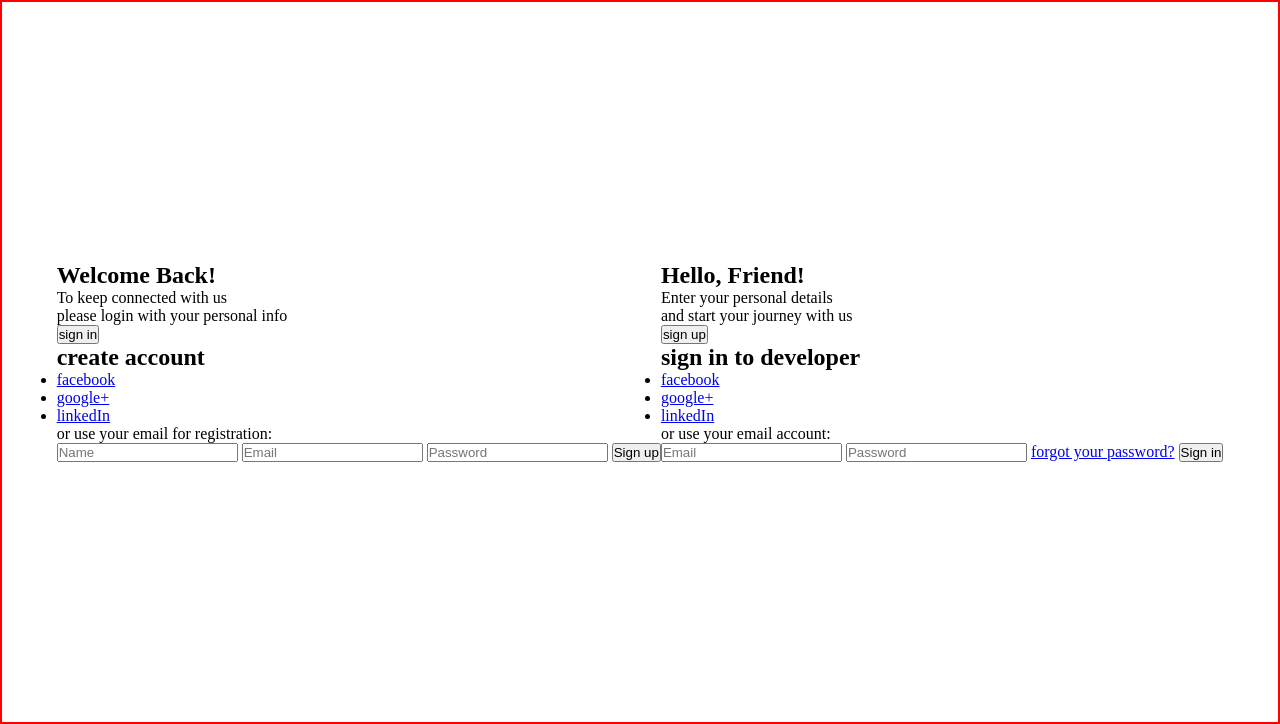
Repository: Gcodeco/ii9Telecom
Page: dist/public/login.html
These files come from the project's save history. The page is drawn as it stood at one moment and after the next save; the edit follows.
The browser window is 1280 px wide. The pictures show the whole page.

Above is the page before, as saved 2024-10-29 21:59:01.

After the next save:
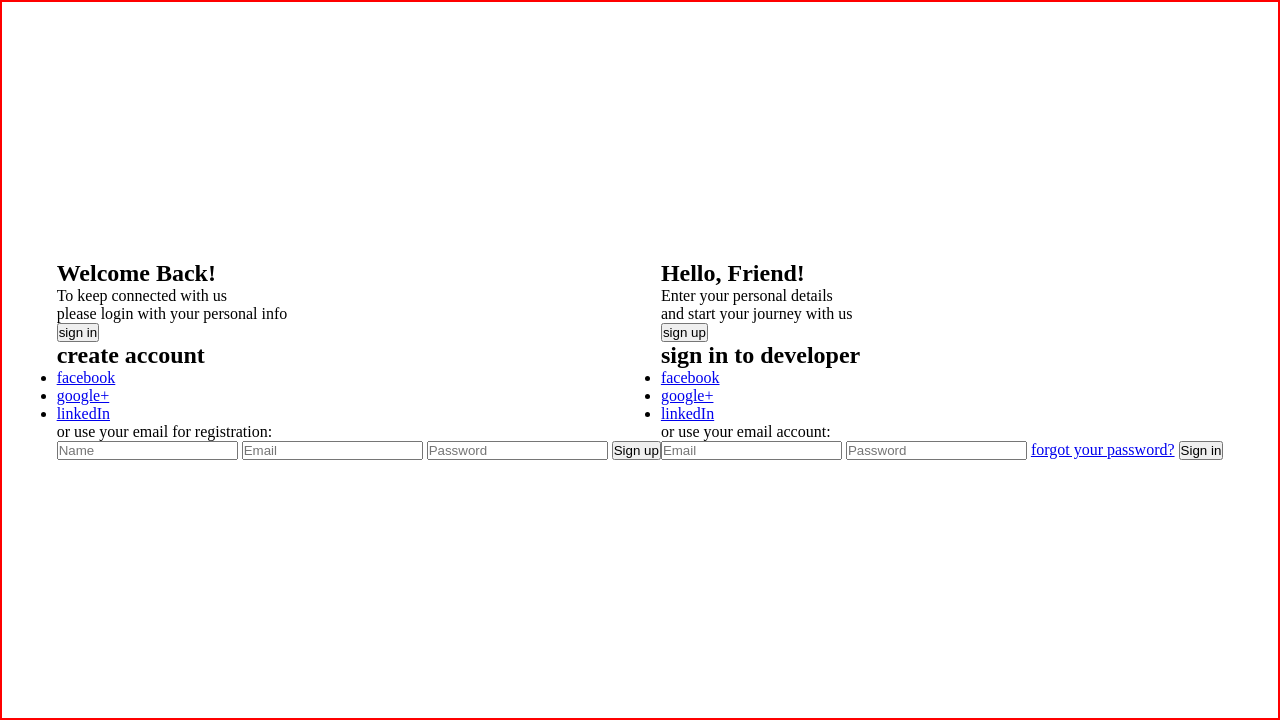
Saved 5 s later.
--- a/dist/public/css/style.css
+++ b/dist/public/css/style.css
@@ -1,7 +1,7 @@
 * {
     margin: 0;
     padding: 0;
-    box-sizing: 0;
+    box-sizing: border-box;
 }
 .container-login{
     display: flex;
